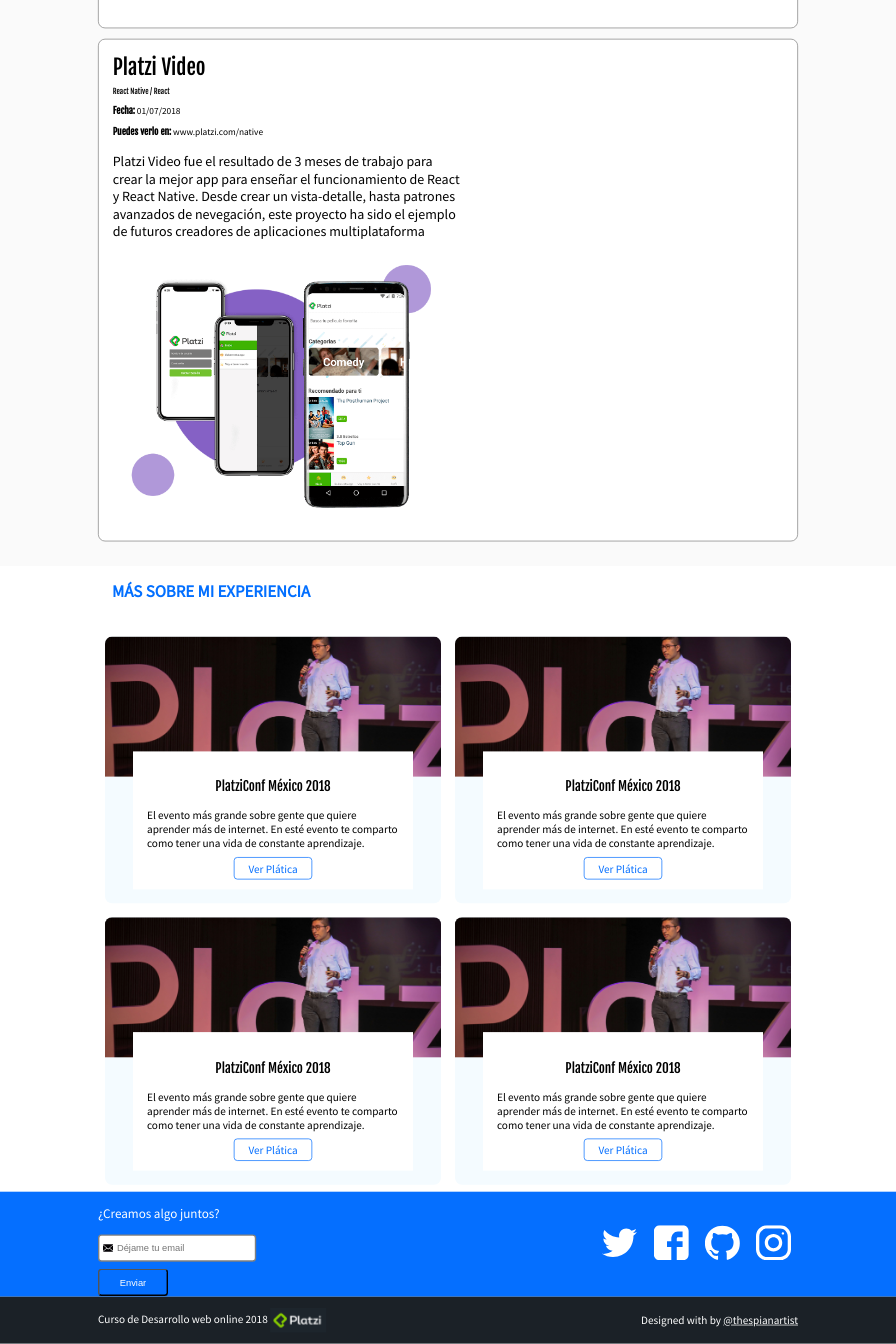
Repository: joseLozanoTamayo/web-desing
Page: desarrollo-web-portafolio/index.html
An editor plug-in stored every save of this project. The page is shown before and after the next save, followed by the edit.
The browser window is 1280 px wide. The pictures show the part of the page from y = 858 to 2778 px (the page is 2778 px tall before and 1667 px after), at 70% of full size.

Above is the page before, as saved 2019-04-21 22:07:32.

After the next save:
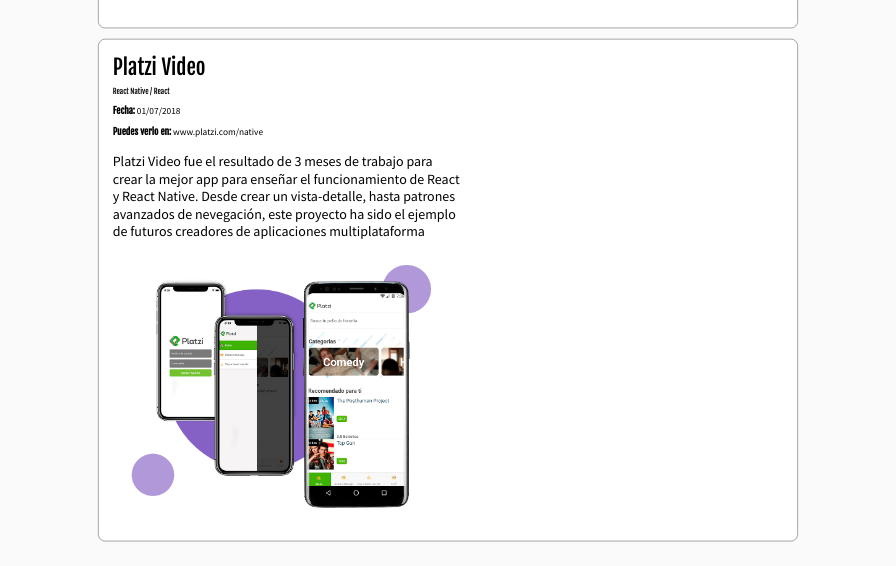
Saved 72 s later.
--- a/desarrollo-web-portafolio/index.html
+++ b/desarrollo-web-portafolio/index.html
@@ -115,7 +115,7 @@
         </article>
       </div>
     </section>
-    <div class="container">
+    <!-- <div class="container">
       <h2 class="event-list-title">Más sobre mi experiencia</h2>
     </div>
     <section id="eventos" class="event-list">
@@ -240,6 +240,6 @@
           </p>
         </div>
       </div>
-    </footer>
+    </footer> -->
   </body>
 </html>
